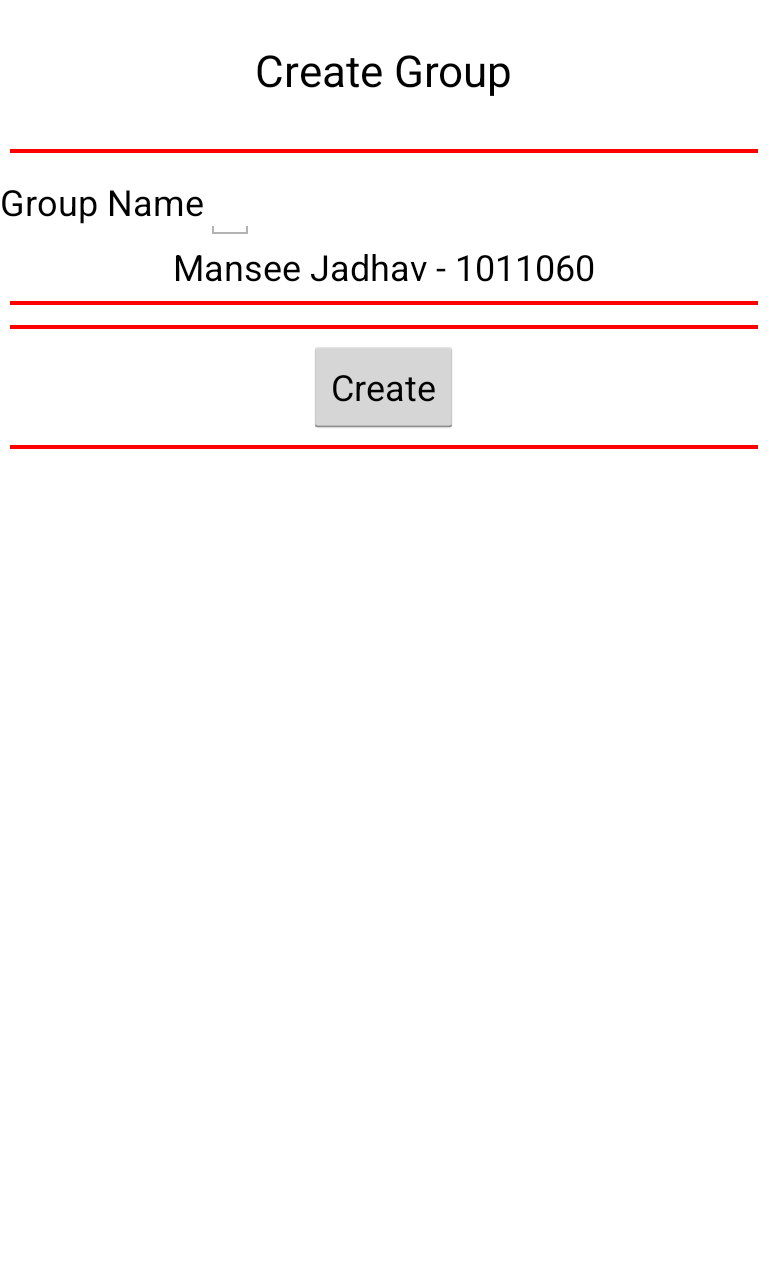
Repository: mansee8/Emergency-Service-Information-Provider
Layout: Emergency Service Information Provider/ESIP/ESIP/res/layout/create_group.xml
These files come from the project's save history. The layout is drawn as it stood at one moment and after the next save; the edit follows.
It is drawn on a 768 x 1280 px phone screen (xhdpi) without system bars, with theme AppTheme; the app's code is not run.

Above is the layout before, as saved 2014-02-27 07:36:07.

### Emergency Service Information Provider/ESIP/ESIP/res/layout/create_group.xml
<?xml version="1.0" encoding="utf-8"?>
<LinearLayout xmlns:android="http://schemas.android.com/apk/res/android"
    android:layout_width="fill_parent"
    android:layout_height="fill_parent"
    android:gravity="center_horizontal"
    android:orientation="vertical" >

    <TextView
        android:layout_width="wrap_content"
        android:layout_height="wrap_content"
        android:layout_margin="20dp"
        android:text="Create Group"
        android:textAppearance="?android:attr/textAppearanceLarge" />

    <View
        android:layout_width="fill_parent"
        android:layout_height="2dp"
        android:layout_margin="5dp"
        android:background="#ff0000" />

    <LinearLayout
        android:layout_width="fill_parent"
        android:layout_height="wrap_content"
        android:orientation="horizontal" >

        <TextView
            android:layout_width="wrap_content"
            android:layout_height="wrap_content"
            android:text="Group Name"
            android:textAppearance="?android:attr/textAppearanceMedium" />

        <EditText
            android:id="@+id/GroupNameView"
            android:layout_width="wrap_content"
            android:layout_height="wrap_content" />
    </LinearLayout>

    <TextView
        android:id="@+id/textView6"
        android:layout_width="wrap_content"
        android:layout_height="wrap_content"
        android:text="Mansee Jadhav - 1011060"
        android:textAppearance="?android:attr/textAppearanceMedium" />

    <View
        android:layout_width="fill_parent"
        android:layout_height="2dp"
        android:layout_margin="5dp"
        android:background="#ff0000" />

    <View
        android:layout_width="fill_parent"
        android:layout_height="2dp"
        android:layout_margin="5dp"
        android:background="#ff0000" />

    <Button
        android:id="@+id/btnCreate"
        android:layout_width="wrap_content"
        android:layout_height="wrap_content"
        android:text="Create" />

    <View
        android:layout_width="fill_parent"
        android:layout_height="2dp"
        android:layout_margin="5dp"
        android:background="#ff0000" />

</LinearLayout>

Loaded but not shown: Emergency Service Information Provider/ESIP/ESIP/res/values/styles.xml (common file); Emergency Service Information Provider/ESIP/ESIP/res/values-v11/styles.xml (common file); Emergency Service Information Provider/ESIP/ESIP/res/values-v14/styles.xml (common file)

After the next save:
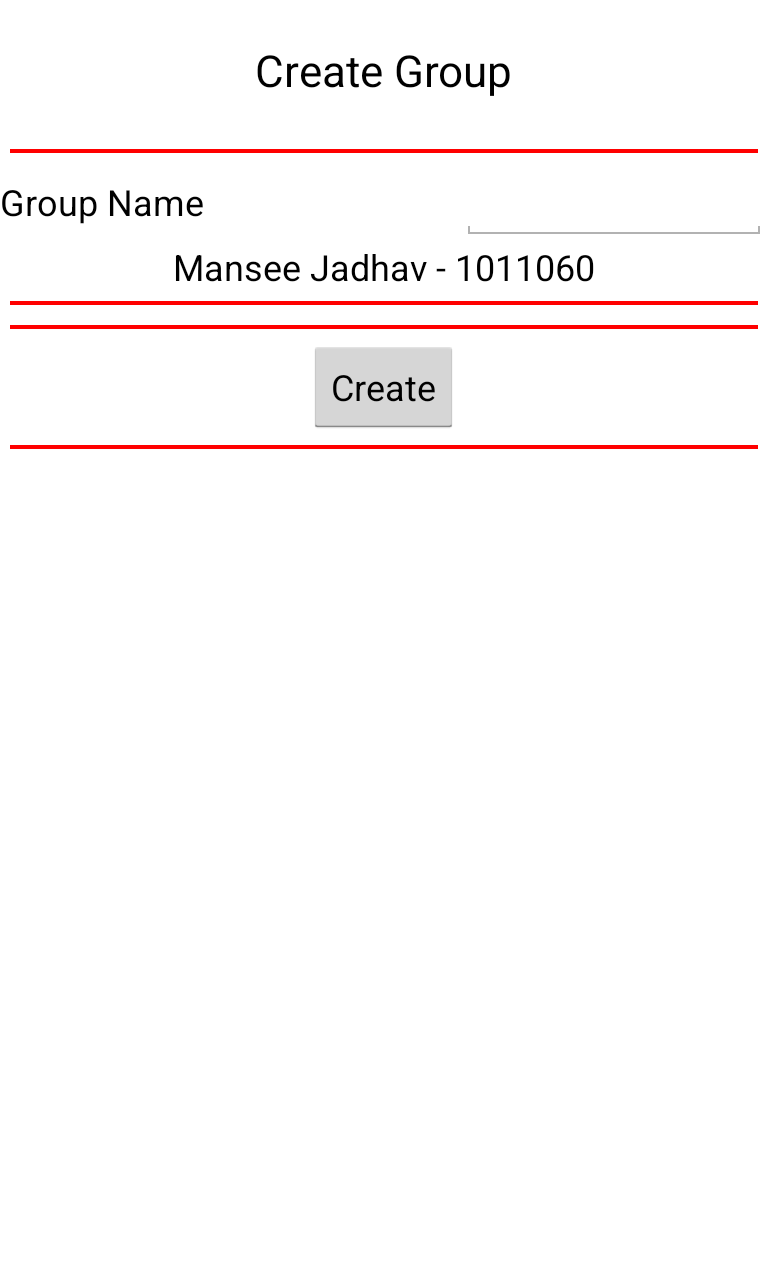
Saved 39 s later.
--- a/Emergency Service Information Provider/ESIP/ESIP/res/layout/create_group.xml
+++ b/Emergency Service Information Provider/ESIP/ESIP/res/layout/create_group.xml
@@ -26,13 +26,15 @@
         <TextView
             android:layout_width="wrap_content"
             android:layout_height="wrap_content"
+            android:layout_weight="1"
             android:text="Group Name"
             android:textAppearance="?android:attr/textAppearanceMedium" />
 
         <EditText
             android:id="@+id/GroupNameView"
             android:layout_width="wrap_content"
-            android:layout_height="wrap_content" />
+            android:layout_height="wrap_content"
+            android:layout_weight="1" />
     </LinearLayout>
 
     <TextView
